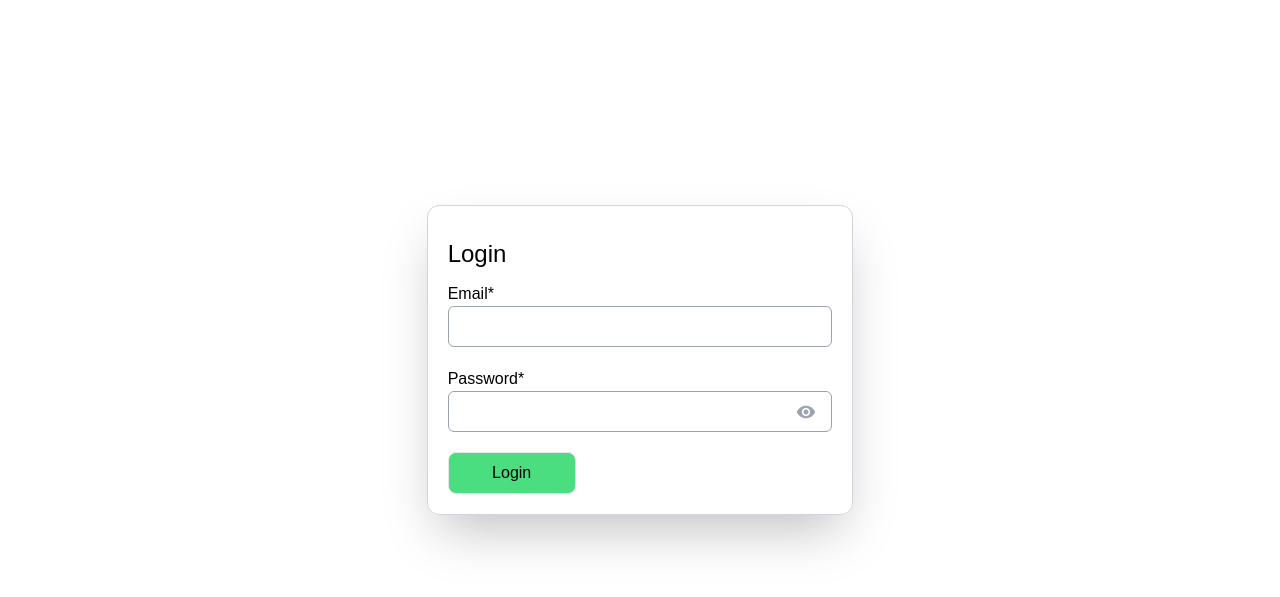
Repository: Qu4ntumGuy/support-ai
Page: /auth (app in frontend/)
An editor plug-in stored every save of this project. The page is shown before and after the next save, followed by the edit.
The browser window is 1280 px wide. The pictures show the whole page.
The project was rebuilt for these pictures with package versions that can differ from the ones it lists, and the page was loaded fresh each time.

Above is the page before, as saved 2024-07-13 18:51:34.

### frontend/src/index.css
@tailwind base;
@tailwind components;
@tailwind utilities;

@import url("https://fonts.googleapis.com/css2?family=Poppins:ital,wght@0,100;0,200;0,300;0,400;0,500;0,600;0,700;0,800;0,900;1,100;1,200;1,300;1,400;1,500;1,600;1,700;1,800;1,900&display=swap");

:root {
  font-family: "Poppins", sans-serif;
  color-scheme: light;
}

### frontend/src/App.js
import React, { Suspense } from "react";
import { Route, Routes } from "react-router-dom";
import { BrowserRouter } from "react-router-dom";

const Home = React.lazy(() => import("./Pages/Home/Home"));
const Auth = React.lazy(() => import("./Pages/Auth/Auth"));

function App() {
  return (
    <>
      <BrowserRouter>
        <Suspense fallback={<div>Loading...</div>}>
          <Routes>
            <Route path="/" exact element={<Home />} />
            <Route path="/auth" exact element={<Auth />} />
          </Routes>
        </Suspense>
      </BrowserRouter>
    </>
  );
}

export default App;

### frontend/src/Pages/Auth/Auth.js
import React from "react";
import { Link } from "react-router-dom";
import VisibilityIcon from "@mui/icons-material/Visibility";
import VisibilityOffIcon from "@mui/icons-material/VisibilityOff";

function Auth() {
  const [email, setEmail] = React.useState("");
  const [password, setPass] = React.useState("");
  const [showPassword, setShowPassword] = React.useState(false);
  const [loading, setLoading] = React.useState(false);

  const loginHandler = async (e) => {
    e.preventDefault();
    setLoading(true);
    const res = await fetch("http://localhost:8000/api/login", {
      method: "POST",
      headers: {
        "Content-Type": "application/json",
      },
      body: JSON.stringify({ email, password }),
    });
    const data = await res.json();
    console.log(data);
    setLoading(false);
  };

  return (
    <div className="flex h-screen justify-center items-center">
      <div className="border border-gray-300 rounded-xl p-5 w-full md:w-1/2 m-5 shadow-2xl xl:w-1/3 2xl:w-[30%]">
        <div className="text-2xl py-3">Login</div>
        <div>
          <form>
            <div>
              <label>Email*</label>
              <input
                type="text"
                className=" hover:border-gray-500 border bg-inherit focus:outline-none  border-gray-400 w-full p-[2%] rounded-md mb-5"
                name="email"
                required
                onChange={(e) => setEmail(e.target.value)}
                value={email}
              />
            </div>
            <div>
              <label>Password*</label>
              <div className="flex border hover:border-gray-500 focus:outline-none justify-between border-gray-400 w-full p-[2%] rounded-md mb-5 ">
                <input
                  type={showPassword ? "text" : "password"}
                  className="focus:outline-none w-full bg-inherit"
                  name="password"
                  required
                  onChange={(e) => setPass(e.target.value)}
                  value={password}
                />
                <div
                  onClick={() => setShowPassword(!showPassword)}
                  className="cursor-pointer px-2 text-gray-400"
                >
                  {showPassword ? (
                    <VisibilityOffIcon fontSize="small" />
                  ) : (
                    <VisibilityIcon fontSize="small" />
                  )}
                </div>
              </div>
            </div>
            <button className="w-32 border bg-green-400 p-2 rounded-lg hover:bg-green-500">
              {loading ? "Loading..." : "Login"}
            </button>
          </form>
        </div>
      </div>
    </div>
  );
}

export default Auth;

Loaded but not shown: frontend/public/index.html (common file); frontend/src/index.js (common file); frontend/src/reportWebVitals.js (common file); frontend/tailwind.config.js (common file)

After the next save:
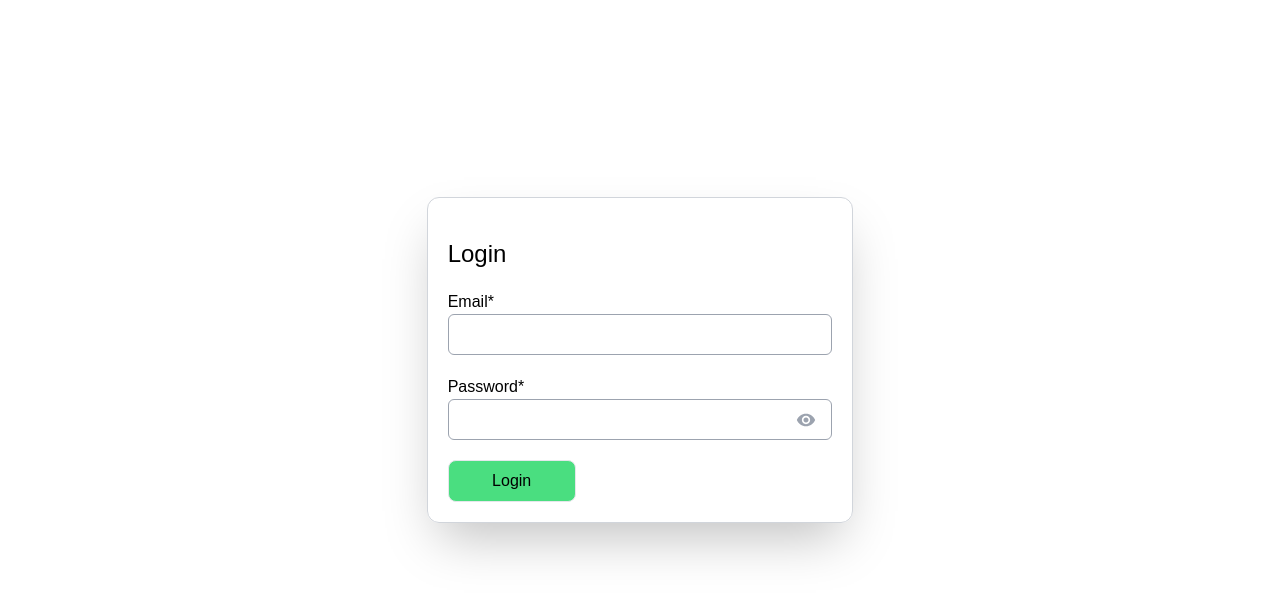
Saved 6 s later.
--- a/frontend/src/Pages/Auth/Auth.js
+++ b/frontend/src/Pages/Auth/Auth.js
@@ -27,7 +27,7 @@ function Auth() {
   return (
     <div className="flex h-screen justify-center items-center">
       <div className="border border-gray-300 rounded-xl p-5 w-full md:w-1/2 m-5 shadow-2xl xl:w-1/3 2xl:w-[30%]">
-        <div className="text-2xl py-3">Login</div>
+        <div className="text-2xl my-5">Login</div>
         <div>
           <form>
             <div>
